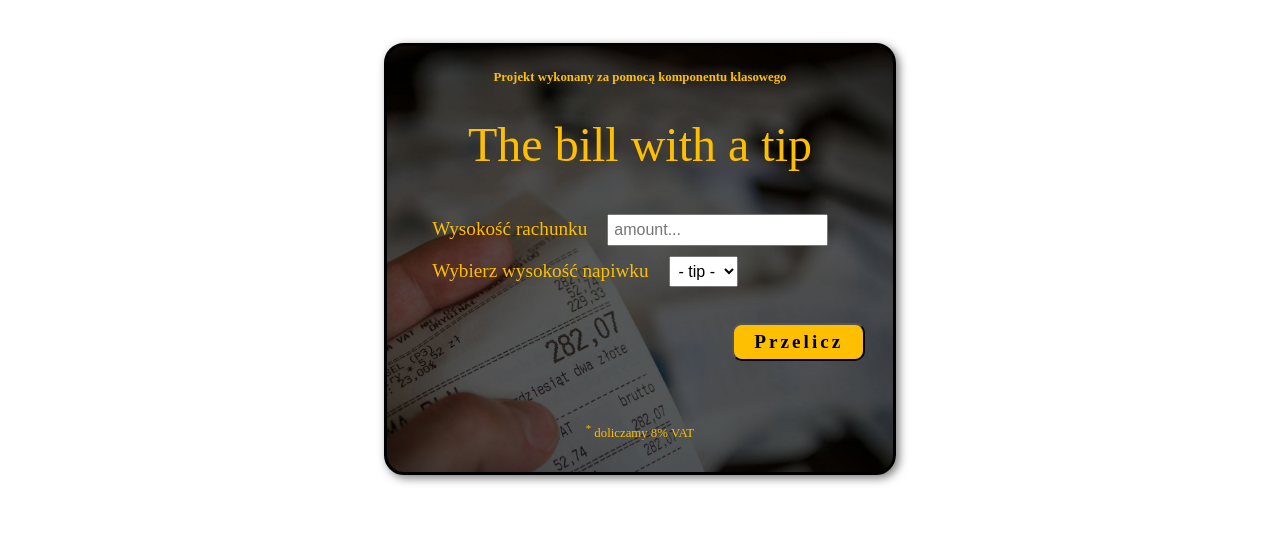
Repository: KrzysKolo/sr_tydzien4_zad1
Page: /
An editor plug-in stored every save of this project. The page is shown before and after the next save, followed by the edit.
The browser window is 1280 px wide. The pictures show the whole page.
Some web fonts or font styles are not loaded; a fallback is used. The project was rebuilt for these pictures with package versions that can differ from the ones it lists, and the page was loaded fresh each time. Also part of the build but not shown: src/components/ParagrapfCard.js.

Above is the page before, as saved 2020-11-06 16:59:31.

### public/index.html
<!DOCTYPE html>
<html lang="en">
  <head>
    <meta charset="utf-8" />
    <link rel="icon" href="%PUBLIC_URL%/favicon.ico" />
    <meta name="viewport" content="width=device-width, initial-scale=1" />
    <meta name="theme-color" content="#000000" />
    <meta
      name="description"
      content="Web site created using create-react-app"
    />
    <link rel="apple-touch-icon" href="%PUBLIC_URL%/logo192.png" />
    <!--
      manifest.json provides metadata used when your web app is installed on a
      user's mobile device or desktop. See https://developers.google.com/web/fundamentals/web-app-manifest/
    -->
    <link rel="manifest" href="%PUBLIC_URL%/manifest.json" />
    <!--
      Notice the use of %PUBLIC_URL% in the tags above.
      It will be replaced with the URL of the `public` folder during the build.
      Only files inside the `public` folder can be referenced from the HTML.

      Unlike "/favicon.ico" or "favicon.ico", "%PUBLIC_URL%/favicon.ico" will
      work correctly both with client-side routing and a non-root public URL.
      Learn how to configure a non-root public URL by running `npm run build`.
    -->
    <link href="https://fonts.googleapis.com/css2?family=Calligraffitti&family=Shadows+Into+Light+Two&family=Skranji&display=swap" rel="stylesheet">
    <title>Bill and tip</title>
  </head>
  <body>
    <noscript>You need to enable JavaScript to run this app.</noscript>
    <div id="root"></div>
    <!--
      This HTML file is a template.
      If you open it directly in the browser, you will see an empty page.

      You can add webfonts, meta tags, or analytics to this file.
      The build step will place the bundled scripts into the <body> tag.

      To begin the development, run `npm start` or `yarn start`.
      To create a production bundle, use `npm run build` or `yarn build`.
    -->
  </body>
</html>

### src/App.js
import './App.css';
import BillCard from './components/BillCard';

const App = () => {
  return (
    <div>
      <BillCard/>

    </div>
   );
}

export default App;

### src/components/BillCard.js
import React, { Component } from 'react';
import HeaderCard from './HeaderCard';
import SectionCard from './SectionCard';
import FooterCard from './FooterCard';
import './../components/BillCard.css';
class BillCard extends Component {
    state = {  }
    render() {
        return (
            <div className="billCard__wrapper">
                <HeaderCard/>
                <SectionCard />
                <FooterCard />
            </div>
         );
    }
}

export default BillCard;

### src/components/HeaderCard.js
import React from 'react';
const HeaderCard = () => {
    return (
        <div className="billCard__header">
            <h1>Projekt wykonany za pomocą komponentu klasowego</h1>
            The bill with a tip
        </div>
     );
}

export default HeaderCard;

### src/components/SectionCard.js
import React, { Component } from 'react';
import FormCard from './FormCard';
import ParagrapfCard from './ParagrapfCard';

class SectionCard extends Component {
    state = {
        bill: {
            amount: "",
            tip: 0,
        },
        results: 0,
        show: true,
    }
     handleChange = e => {
        let  newBill = {
         ...this.state.bill,
         [e.target.name]: e.target.value,
         }

         this.setState({
             bill: newBill
         })
     }
     handleConvert = (e) => {
        e.preventDefault();
        const price = parseFloat(this.state.bill.amount)*1.08;
        const tip = parseFloat(this.state.bill.tip);
        const suma = (price+(price*tip)).toFixed(2);
         this.setState({
            results: suma,
            bill: {
                amount: "",
                tip: 0,
            },
            show: false,
         })
     }

     render() {

        return  this.state.show ?
        <FormCard bill={this.state.bill} result={this.state.result} show={this.state.show} handleChange={this.handleChange} handleConvert={this.handleConvert}/>
        : <ParagrapfCard result={this.state.results} />
         {/* <section className="billCard__section billCard__section--background"><p>Twój rachunek: {this.state.results} zł</p></section> */} ;
    }
}

export default SectionCard;

### src/components/FooterCard.js
import React from 'react';
const FooterCard = () => {
    return (
        <footer className="billCard__footer">
            <sup>*</sup> doliczamy 8% VAT <br />
        </footer>
     );
}

export default FooterCard;

### src/components/BillCard.css
.billCard__wrapper {
  width: 40vw;
  height: 60vh;
  background: url("./../image/bill.jpg");
  background-size: cover;
  border: 3px solid black;
  border-radius: 20px;
  box-shadow: 3px 3px 10px #7a7a7a;
  display: flex;
  flex-direction: column;
  align-items: center;
  margin: 6vh auto;
}
.billCard__header {
  font-family: "Skranji", cursive;
  font-size: 3rem;
  color: rgb(253, 191, 0);
  margin-top: 1.5rem;
}

.billCard__header h1 {
  color: rgb(253, 191, 0);
  font-family: "Shadows Into Light Two", cursive;
  font-size: 0.8rem;
  text-align: center;
  padding-bottom: 2rem;
}
.billCard__section {
  margin-top: 2rem;
  height: 40%;
  width: 90%;
}
.billCard__section--background {
  background-color: rgba(253, 191, 0, 0.07);
  box-shadow: inset 3px 3px 5px black;
  border-radius: 10px;
}
.billCard__section p {
  font-family: "Shadows Into Light Two", cursive;
  font-size: 2rem;
  margin: 2rem auto 0 auto;
  color: rgb(253, 191, 0);

  text-align: center;
}
.label__BillCard {
  font-family: "Shadows Into Light Two", cursive;
  font-size: 1.2rem;
  color: rgb(253, 191, 0);
  padding: 20px;
}
.form__items {
  font-size: 1rem;
  padding: 5px;
  margin-top: 10px;
}
.btn__BillCard {
  font-family: "Shadows Into Light Two", cursive;
  font-size: 1.2rem;
  background-color: rgb(253, 191, 0);
  border-radius: 10px;
  cursor: pointer;
  margin: 5vh auto 2vh 25vw;
  padding: 6px 20px;
  transition: all ease-in-out 0.3s;
  letter-spacing: 3px;
  font-weight: bold;
}
.btn__BillCard:hover {
  background-color: rgba(253, 191, 0, 0.07);
  color: rgb(253, 191, 0);
}
.billCard__footer {
  color: rgb(253, 191, 0);
  font-family: "Shadows Into Light Two", cursive;
  font-size: 0.8rem;
  margin-top: 3rem;
}

### src/components/FormCard.js

import React from 'react';
const  FormCards = (props) => {
    return (
        <section className="billCard__section">
        <form>
            <label className="label__BillCard" htmlFor="form__input-amount">Wysokość rachunku</label>
            <input className="form__items"
                       type="text"
                       id="form__input-amount"
                       name="amount"
                       placeholder="amount..."
                       onChange={props.handleChange}
                       value={props.amount} /><br/>
            <label className="label__BillCard" htmlFor="form__select">Wybierz wysokość napiwku</label>
            <select className="form__items"
                           name="tip"
                           id="form__select"
                           onChange={props.handleChange}
                           value={props.tip}>
                               <option value=""> -  tip  - </option>
                               <option value="0.05">5%</option>
                               <option value="0.10">10%</option>
                               <option value="0.15">15%</option>
                               <option value="0.20">20%</option>
                </select> <br />
                <button className="btn__BillCard" type="submit" onClick={props.handleConvert}>Przelicz</button>
        </form>
    </section>
     );
}
export default FormCards;

Loaded but not shown: src/index.js (common file); src/index.css (common file); src/App.css (common file)

After the next save:
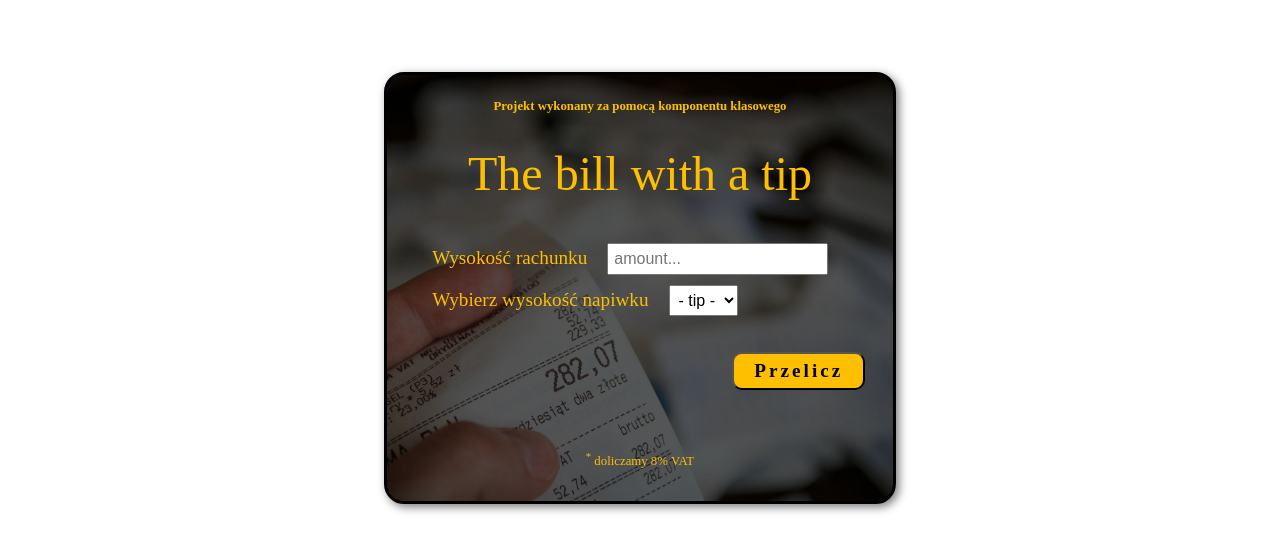
Saved 14 s later.
--- a/src/components/BillCard.css
+++ b/src/components/BillCard.css
@@ -9,7 +9,7 @@
   display: flex;
   flex-direction: column;
   align-items: center;
-  margin: 6vh auto;
+  margin: 10vh auto;
 }
 .billCard__header {
   font-family: "Skranji", cursive;
